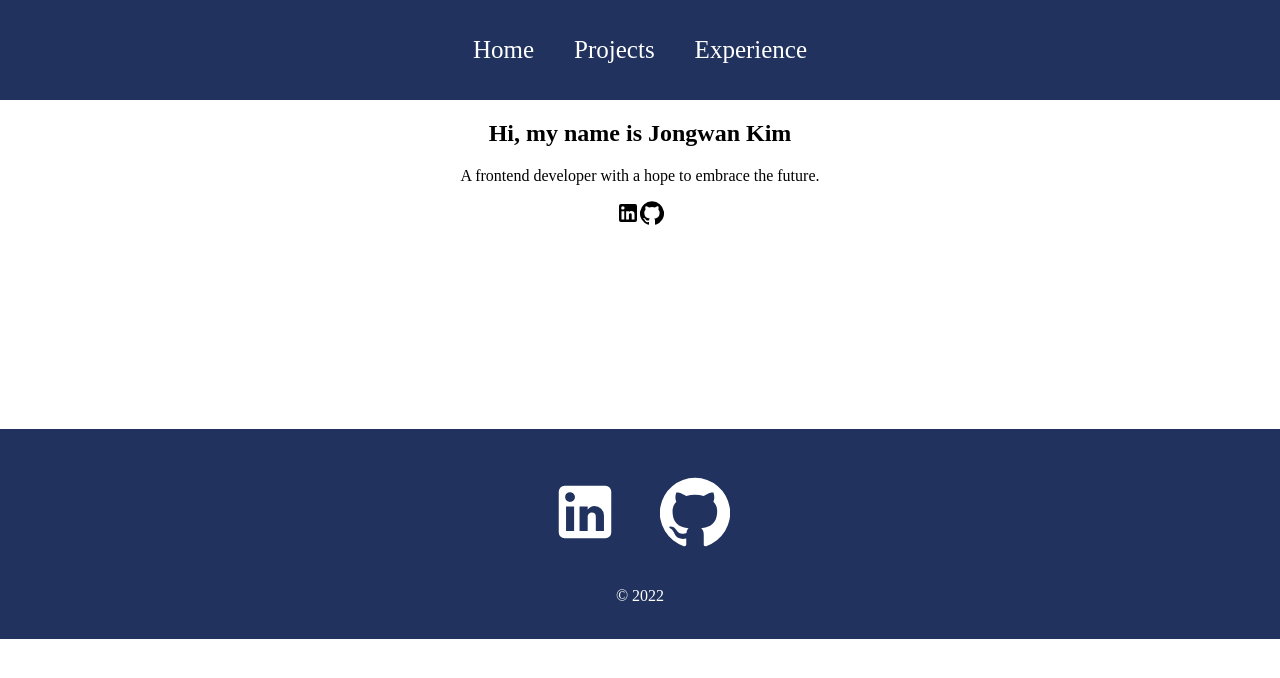
Repository: mireu-san/jw-personal-page
Page: /
The author's editor kept a copy of each file at every save. The page is drawn from the files as they stood at one save, then again after the next save.
The browser window is 1280 px wide. The pictures show the whole page.
The project was rebuilt for these pictures with package versions that can differ from the ones it lists, and the page was loaded fresh each time. Also part of the build but not shown: src/pages/Experience.js, src/pages/Projects.js.

Above is the page before, as saved 2022-11-09 17:13:05.

After the next save:
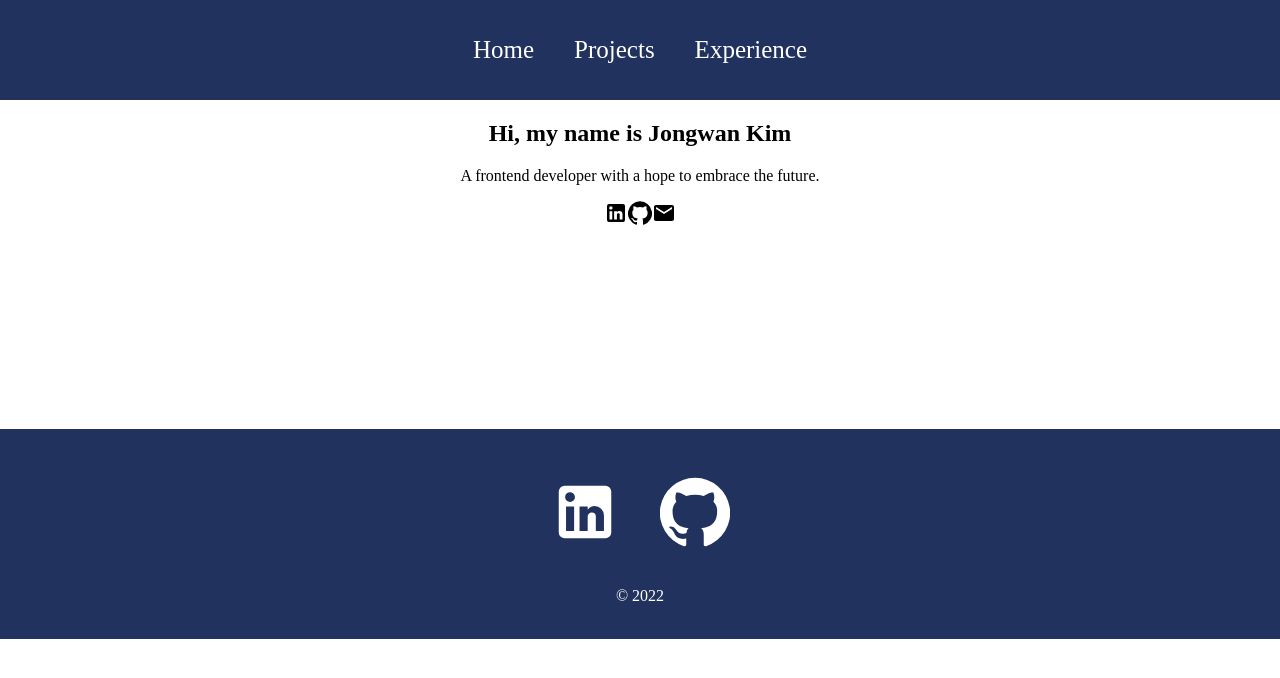
Saved 32 s later.
--- a/src/pages/Home.js
+++ b/src/pages/Home.js
@@ -1,6 +1,7 @@
 import React from "react";
 import LinkedInIcon from "@material-ui/icons/LinkedIn";
 import GithubIcon from "@material-ui/icons/GitHub";
+import EmailIcon from "@material-ui/icons/Email";
 
 function Home() {
   return (
@@ -12,6 +13,7 @@ function Home() {
           <p> A frontend developer with a hope to embrace the future. </p>
           <LinkedInIcon />
           <GithubIcon />
+          <EmailIcon />
         </div>
       </div>
       <div className="skills"> </div>
